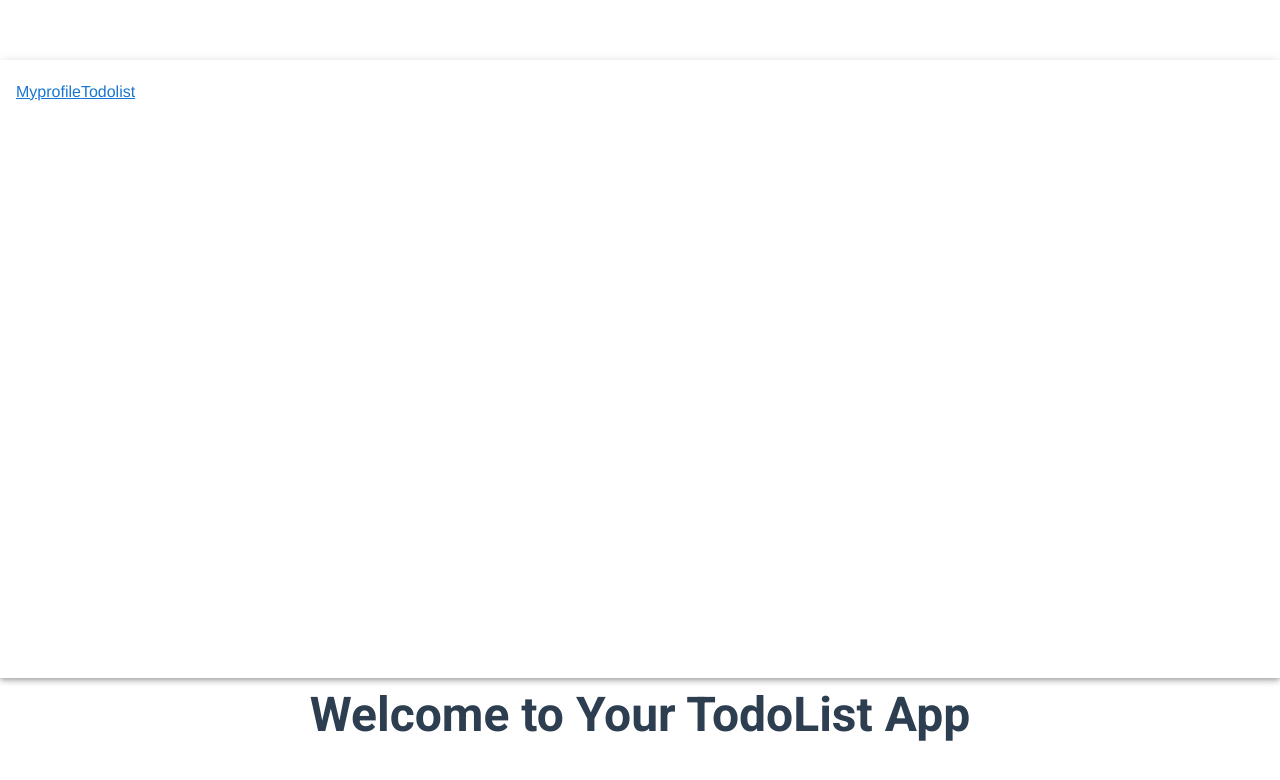
Repository: Shanshan67/todolist
Page: /
These files come from the project's save history. The page is drawn as it stood at one moment and after a run of saves; the edit follows.
The browser window is 1280 px wide. The pictures show the whole page.
The project was rebuilt for these pictures with package versions that can differ from the ones it lists, and the page was loaded fresh each time. Also part of the build but not shown: src/components/Search.vue, src/components/List.vue, src/pages/Myprofile.vue, src/pages/Todolist.vue.

Above is the page before, as saved 2022-07-20 18:37:21.

After the next 2 saves:
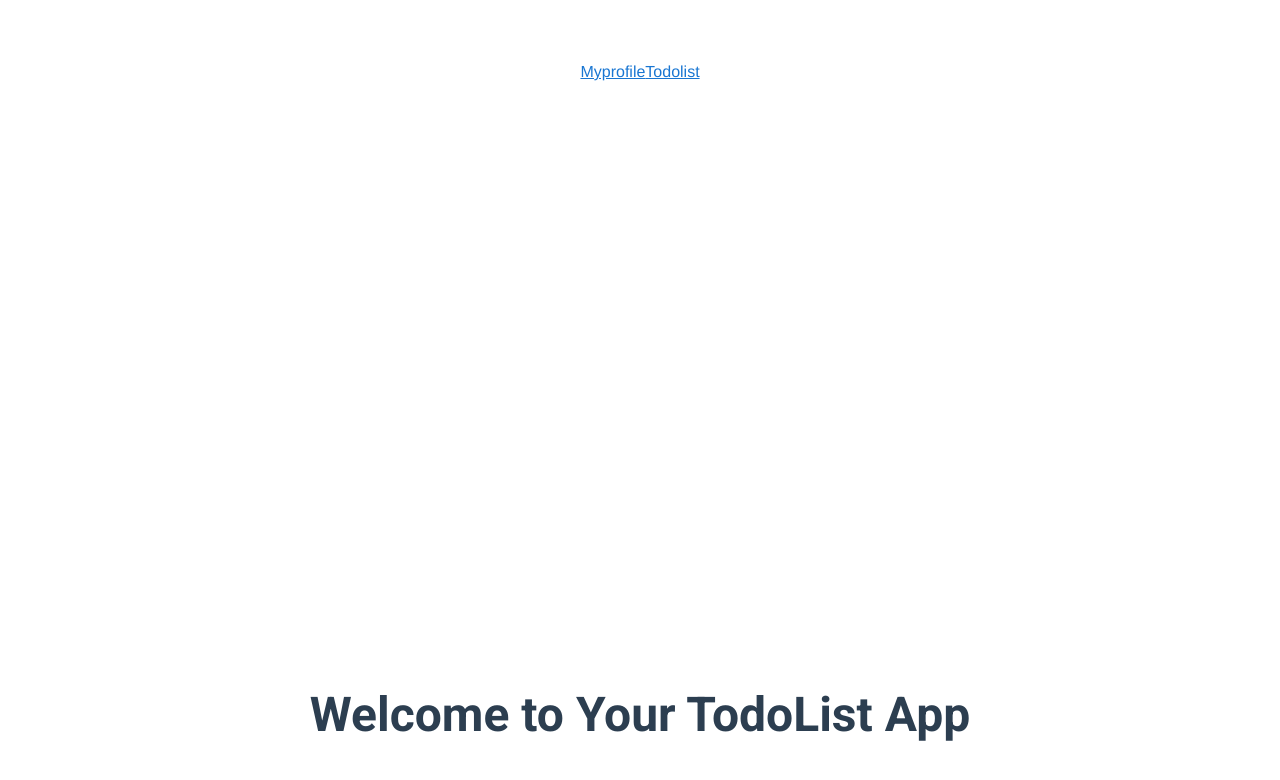
The 2 saves are shown as one change because 1 did not build or start.
The last was saved 61 s later.
--- a/src/App.vue
+++ b/src/App.vue
@@ -1,10 +1,10 @@
 <template>
   <v-app>
 
-    <v-toolbar app>
+    <v-content>
       <router-link to="/profile">Myprofile</router-link>
       <router-link to="/todolist">Todolist</router-link>
-    </v-toolbar>
+    </v-content>
     <div>
       <router-view/>
     </div>
